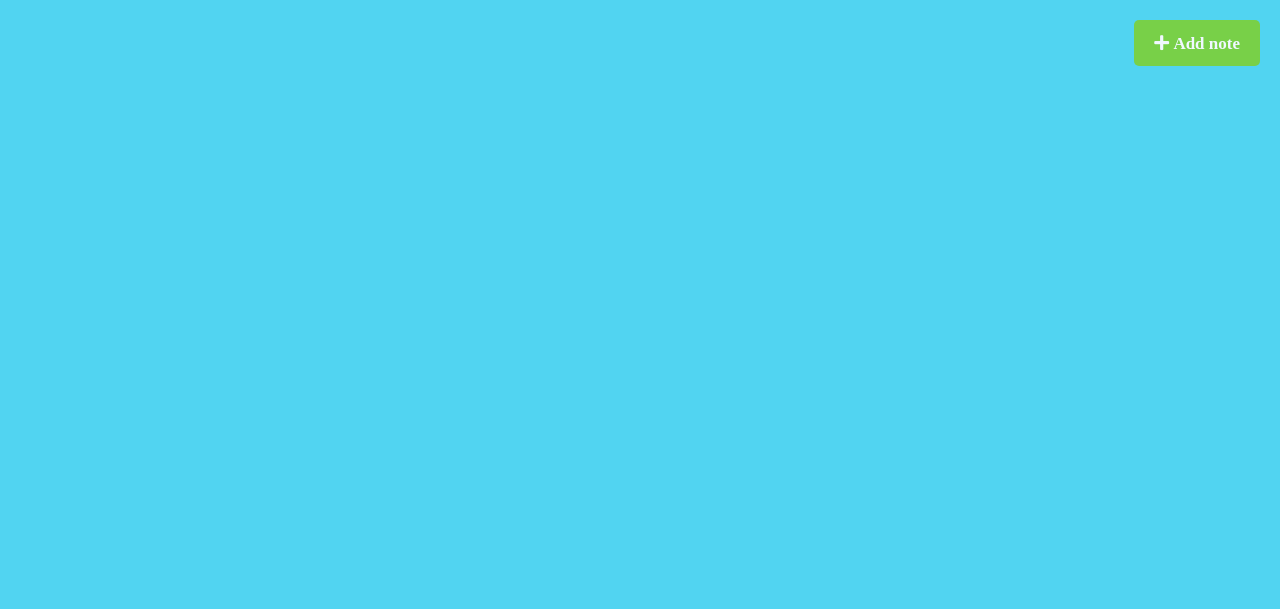
Repository: northpx/noteslist
Page: index.html
An editor plug-in stored every save of this project. The page is shown before and after a run of saves, followed by the edit.
The browser window is 1280 px wide. The pictures show the whole page.
After loading, the first visible `button.add` was clicked once.
Some web libraries are served in a nearby version.

Above is the page before, as saved 2023-01-08 10:09:06.
Console error: TypeError: Cannot read properties of undefined (reading 'addEventListener')

After the next 2 saves:
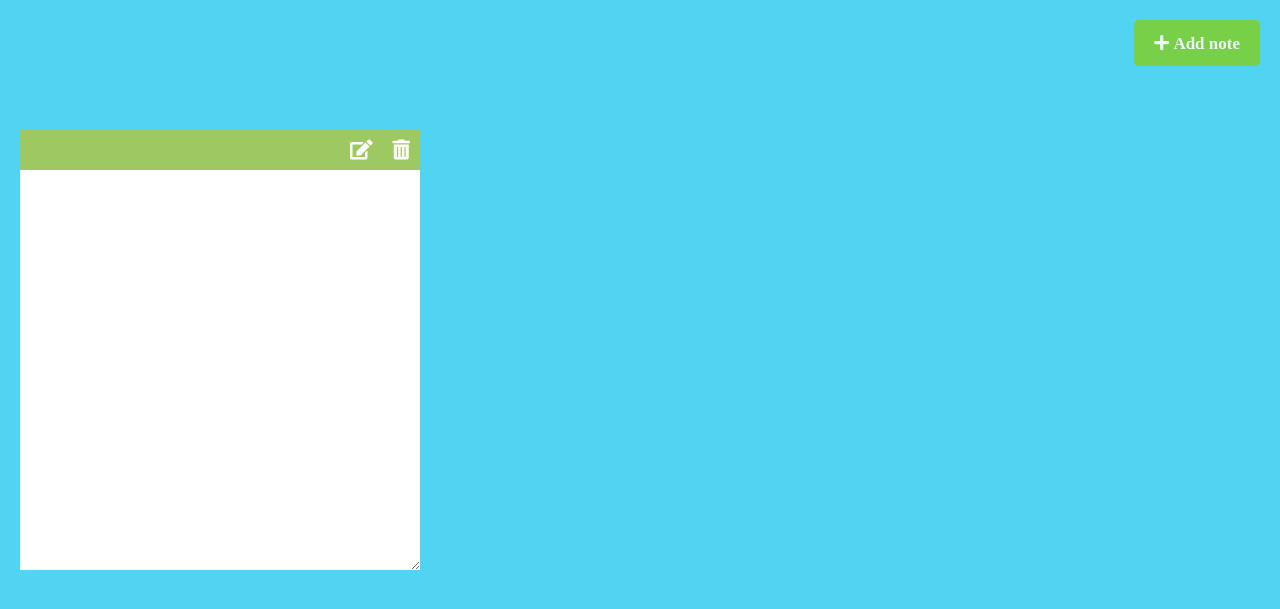
The error is gone.
The 2 saves are shown as one change because they came seconds apart.
The last was saved 12 s later.
--- a/script.js
+++ b/script.js
@@ -14,7 +14,7 @@ function addNewNote(text = '') {
     <textarea></textarea>
     `;
     const deleteBtn = note.querySelector('.delete');
-    const editBtn = note.
+    const editBtn = note.que
 
     deleteBtn.addEventListener('click', () => {
         note.remove();
